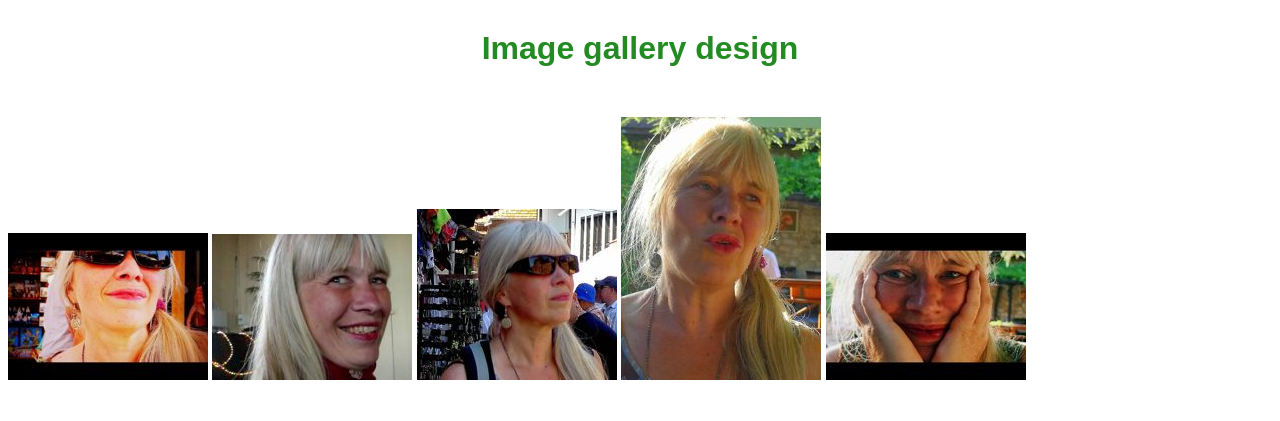
Repository: hindrik40/bildspel-lightbox
Page: index.html
These files come from the project's save history. The page is drawn as it stood at one moment and after a run of saves; the edit follows.
The browser window is 1280 px wide. The pictures show the whole page.

Above is the page before, as saved 2021-08-08 16:42:11.

### index.html
<!DOCTYPE html>
<html lang="en">
<head>
    <meta charset="UTF-8">
    <meta http-equiv="X-UA-Compatible" content="IE=edge">
    <meta name="viewport" content="width=device-width, initial-scale=1.0">
    <link rel="stylesheet" href="css/style.css">
    <title>slide lightbox</title>
</head>
<body>
    <h1>Image gallery design</h1>
    <div class="gallery">
        <img src="images/b7t.jpg">
        <img src="images/b5t.jpg">
        <img src="images/b6t.jpg">
        <img src="images/b9t.jpg">
        <img src="images/b8t.jpg">



    </div>

</body>
</html>

### css/style.css
body{
    font-family: sans-serif;
}
h1{
    text-align: center;
    color:forestgreen;
    margin: 30px 0 50px;
}

After the next 5 saves:
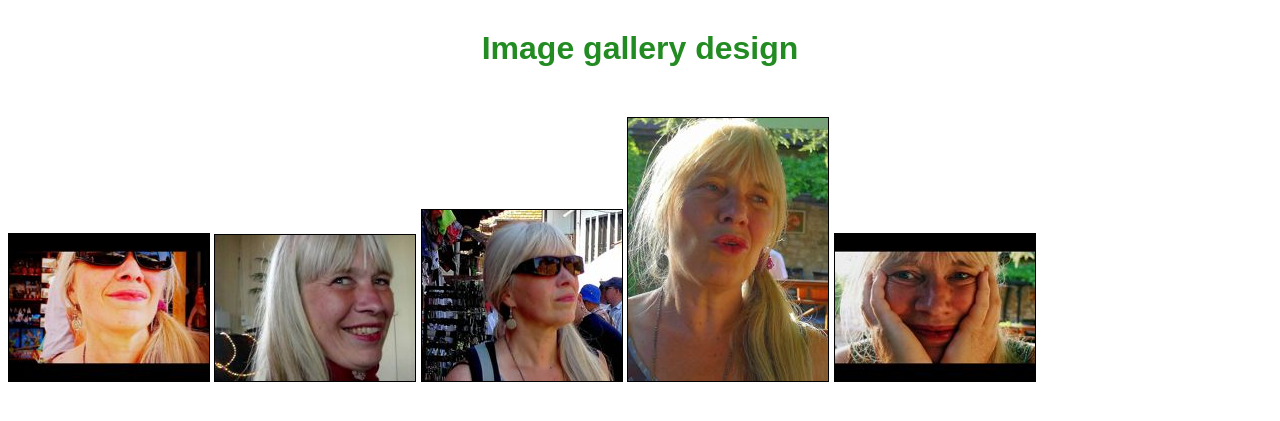
The 5 saves are shown as one change because they came seconds apart.
The last was saved 14 s later.
--- a/css/style.css
+++ b/css/style.css
@@ -6,3 +6,7 @@ h1{
     color:forestgreen;
     margin: 30px 0 50px;
 }
+
+img{
+    border:1px solid
+}
